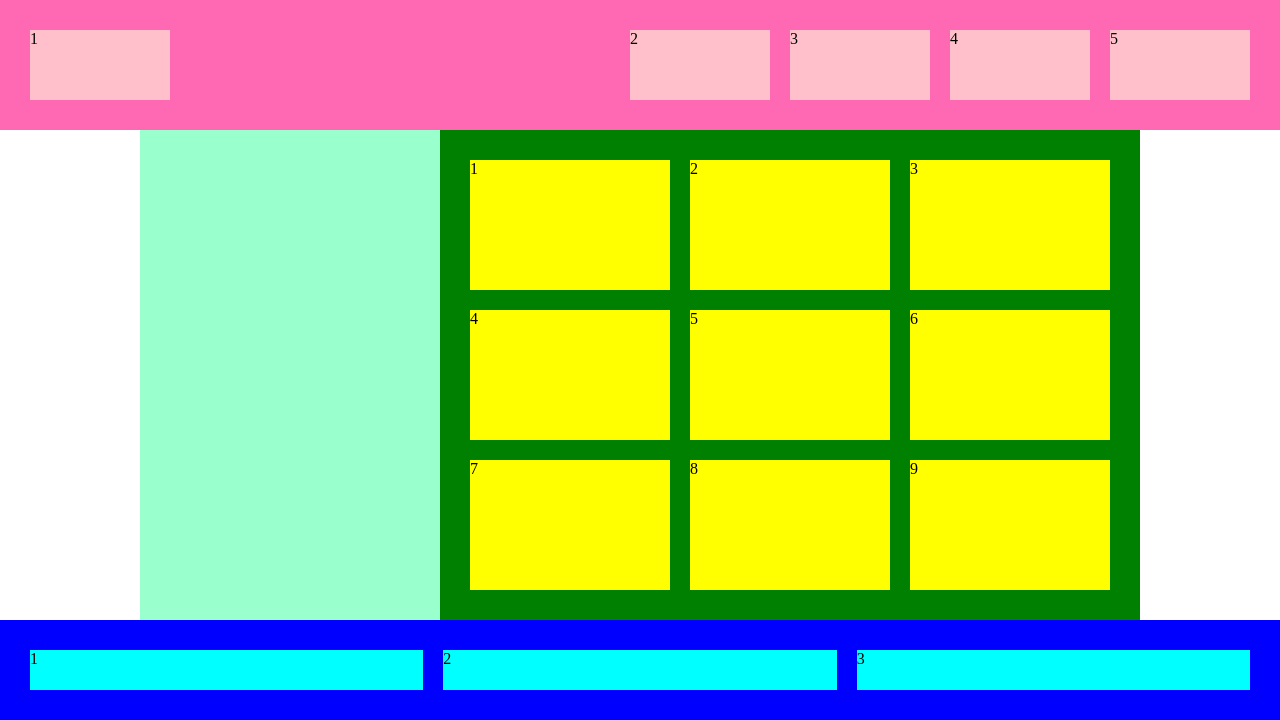
Repository: shizuki-okuma/dmm-webcamp
Page: flex/flex.html
The author's editor kept a record of every edit. The page is drawn from the files as they stood at one moment, then again after the next edit.
The browser window is 1280 px wide. The pictures show the whole page.

Above is the page before.

### flex/flex.html
<!DOCTYPE html>
<html lang="ja">
  <head>
    <meta charset="UTF-8" />
    <link rel="stylesheet" href="style.css" />
    <title>flex演習問題</title>
  </head>
  <body>
    <head>
      <div class="heading-flex">
        <div>1</div>
        <div>2</div>
        <div>3</div>
        <div>4</div>
        <div>5</div>
      </div>
    </head>
    <main>
    <div class="sidebar"></div>
    <div class="main-visual-flex">
      <div>1</div>
      <div>2</div>
      <div>3</div>
      <div>4</div>
      <div>5</div>
      <div>6</div>
      <div>7</div>
      <div>8</div>
      <div>9</div>
    </div>
    </main>
    <footer class="footer-flex">
      <div>1</div>
      <div>2</div>
      <div>3</div>
    </footer>
  </body>
</html>

### flex/style.css
* {
  margin: 0;
  padding: 0;
  box-sizing: border-box;
}

.heading-flex {
  background-color: hotpink;
  width: 100%;
  padding: 30px 20px;
  display: flex;
  justify-content: flex-end;

}
.heading-flex>div {
  background-color: pink;
  margin: 0 10px;
  height: 70px;
  flex-basis: 140px;
}

.heading-flex> :first-child {
  margin-right: auto;
}

main {
  display: flex;
  justify-content: center;
}
.sidebar {
  width: 300px;
  background-color: #99FFCC;
}

.main-visual-flex {
  display: flex;
  flex-wrap: wrap;
  max-width: 700px;
  flex-grow: 1;
  padding: 20px;
  background-color: green;
}
.main-visual-flex>div {
  background-color: yellow;
  margin: 10px;
  flex-basis: 200px;
  height: 130px;

}
.footer-flex {
  display: flex;
  flex-wrap: wrap:
  justify-content: center;
  width: 100%;
  padding: 20px;
  background-color: blue;
}
.footer-flex>div {
  background-color: aqua;
  margin: 10px;
  height: 40px;
  flex-basis: 40%;
  max-width: 600px;
  width: 45%;
}

After the next edit:
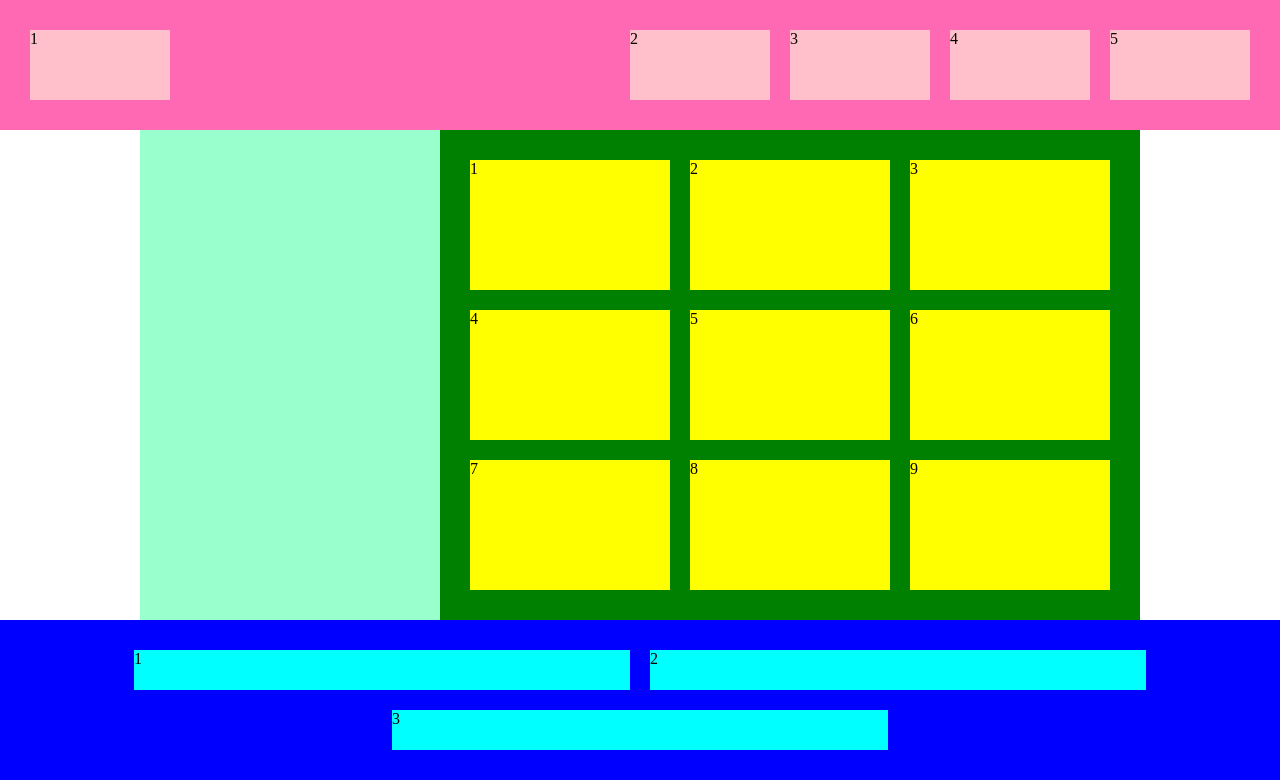
The edit:
--- a/flex/style.css
+++ b/flex/style.css
@@ -49,7 +49,7 @@
 }
 .footer-flex {
   display: flex;
-  flex-wrap: wrap:
+  flex-wrap: wrap;
   justify-content: center;
   width: 100%;
   padding: 20px;
